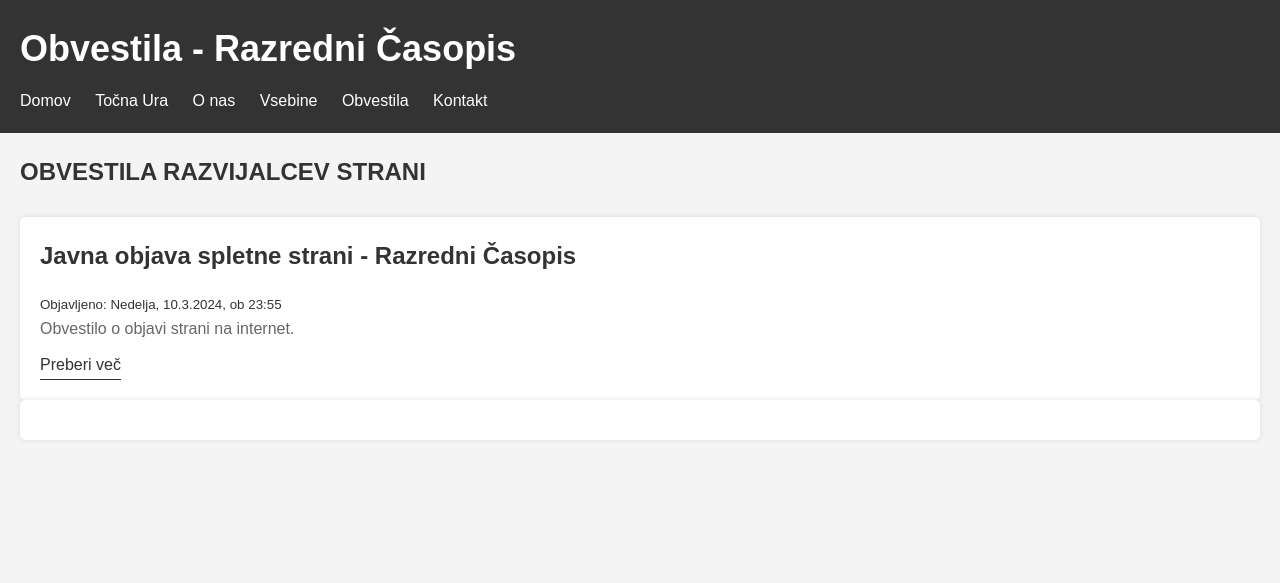
Repository: razrednicasopis/razrednicasopis.github.io
Page: Resources/obvestila.html
The author's editor kept a copy of each file at every save. The page is drawn from the files as they stood at one save, then again after the next save.
The browser window is 1280 px wide. The pictures show the whole page.

Above is the page before, as saved 2024-03-12 13:00:49.
Console error: ReferenceError: maintenanceMode is not defined

After the next save:
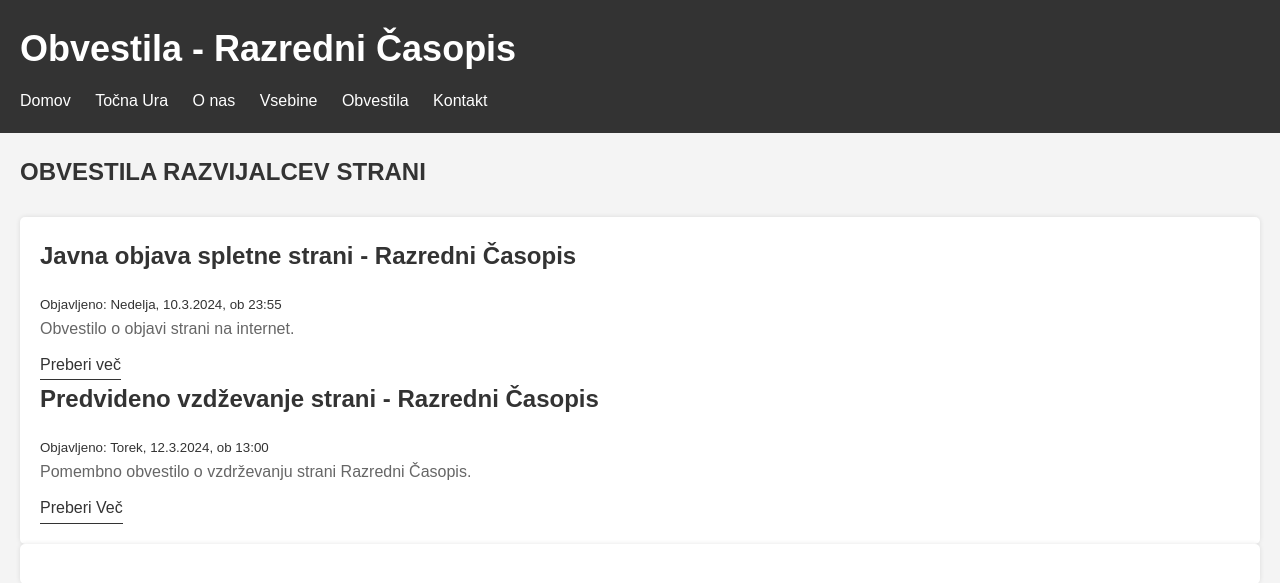
Saved 4 s later.
--- a/Resources/obvestila.html
+++ b/Resources/obvestila.html
@@ -37,6 +37,10 @@
                 <small>Objavljeno: Nedelja, 10.3.2024, ob 23:55</small>
                 <p>Obvestilo o objavi strani na internet.</p>
                 <a href="obvestilo1.html">Preberi več</a>
+                <h2>Predvideno vzdževanje strani - Razredni Časopis</h2>
+                <small>Objavljeno: Torek, 12.3.2024, ob 13:00</small>
+                <p>Pomembno obvestilo o vzdrževanju strani Razredni Časopis.</p>
+                <a href="obvestilo2.html">Preberi Več</a>
               </article>
                 <p>
                   <article>
